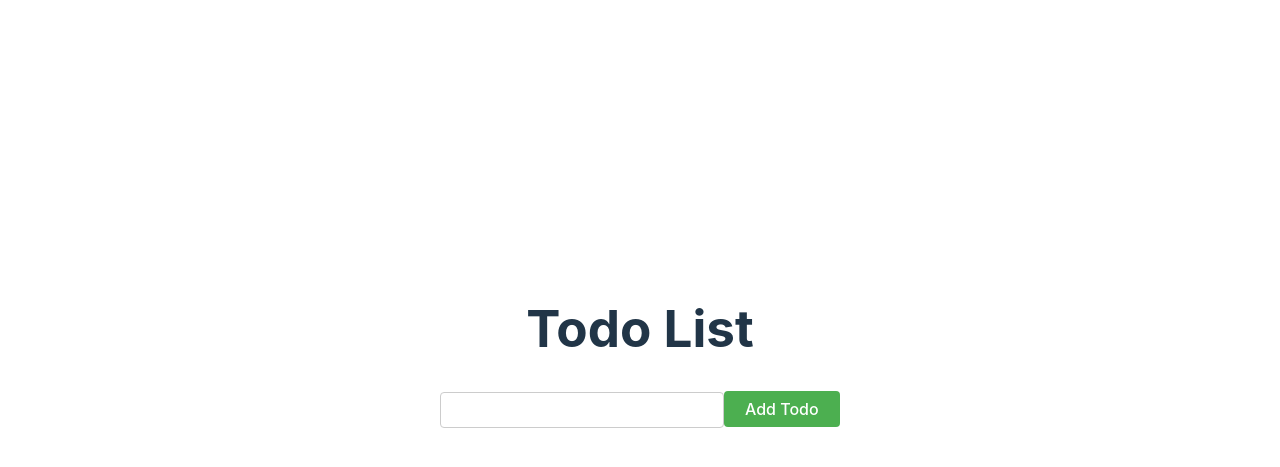
Repository: sinchana-p-iVoyant/mobx-todo
Page: /
The author's editor kept a copy of each file at every save. The page is drawn from the files as they stood at one save, then again after the next save.
The browser window is 1280 px wide. The pictures show the whole page.
The project was rebuilt for these pictures with package versions that can differ from the ones it lists, and the page was loaded fresh each time. Also part of the build but not shown: vite.config.js.

Above is the page before, as saved 2024-03-07 02:26:43.

### src/App.jsx
// App.js
import './App.css';
import TodoList from './TodoList';

function App() {
  return (
    <div>
      <h1>Todo List</h1>
      <TodoList />
    </div>
  );
}

export default App;

### src/TodoList.jsx
import { useState } from 'react';
import { observer } from 'mobx-react-lite';
import todoStore from './TodoStore';
import './TodoList.css';

const TodoList = () => {
  const [newTodoText, setNewTodoText] = useState('');
  const [editingTodoId, setEditingTodoId] = useState(null);
  const [editedTodoText, setEditedTodoText] = useState('');

  const handleAddTodo = () => {
    if (newTodoText.trim() !== '') {
      todoStore.addTodo({
        id: Math.random(),
        text: newTodoText,
      });
      setNewTodoText('');
    }
  };

  const handleStartEditTodo = (id, text) => {
    setEditingTodoId(id);
    setEditedTodoText(text);
  };

  const handleCancelEditTodo = () => {
    setEditingTodoId(null);
    setEditedTodoText('');
  };

  const handleSaveEditedTodo = (id) => {
    todoStore.editTodo(id, editedTodoText);
    setEditingTodoId(null);
    setEditedTodoText('');
  };

  const handleDeleteTodo = (id) => {
    todoStore.deleteTodo(id);
  };

  return (
    <div className="todo-list-container">
      <div className='input-container'>
        <input
            className="todo-input"
            type="text"
            value={newTodoText}
            onChange={(e) => setNewTodoText(e.target.value)}
        />
        <button className="todo-button" onClick={handleAddTodo}>Add Todo</button>
      </div>
      <ul className="todo-list">
        {todoStore.todos.map((todo) => (
          <li key={todo.id} className="todo-item">
            {editingTodoId === todo.id ? (
              <>
                <input
                  className="todo-input"
                  type="text"
                  value={editedTodoText}
                  onChange={(e) => setEditedTodoText(e.target.value)}
                />
                <button className="todo-button edit-button" onClick={() => handleSaveEditedTodo(todo.id)}>Save</button>
                <button className="todo-button cancel-button" onClick={handleCancelEditTodo}>Cancel</button>
              </>
            ) : (
              <>
                <span>{todo.text}</span>
                <button className="todo-button edit-button" onClick={() => handleStartEditTodo(todo.id, todo.text)}>Edit</button>
              </>
            )}
            <button className="todo-button delete-button" onClick={() => handleDeleteTodo(todo.id)}>Delete</button>
          </li>
        ))}
      </ul>
    </div>
  );
};

export default observer(TodoList);

### src/TodoStore.js
// TodoStore.js
import { makeObservable, observable, action } from 'mobx';

class TodoStore {
  todos = [];

  constructor() {
    makeObservable(this, {
      todos: observable,
      addTodo: action,
      editTodo: action,
      deleteTodo: action,
    });
  }

  addTodo = (todo) => {
    this.todos.push(todo);
  };

  editTodo = (id, newText) => {
    const todoToEdit = this.todos.find(todo => todo.id === id);
    if (todoToEdit) {
      todoToEdit.text = newText;
    }
  };

  deleteTodo = (id) => {
    this.todos = this.todos.filter(todo => todo.id !== id);
  };
}

const todoStore = new TodoStore();
export default todoStore;

### src/TodoList.css
/* TodoList.css */

.todo-list-container {
    width: 400px;
    margin: 0 auto;
  }

  .input-container {
    display: flex;
    flex-direction: row;
    align-items: baseline;
    justify-content: center;
  }

  .todo-input {
    width: 100%;
    margin-bottom: 10px;
    padding: 8px;
    font-size: 16px;
    border: 1px solid #ccc;
    border-radius: 4px;
  }

  .todo-button {
    width: 10rem;
    padding: 8px 15px;
    font-size: 16px;
    border: none;
    border-radius: 4px;
    background-color: #4caf50;
    color: white;
    cursor: pointer;
  }

  .todo-list {
    list-style-type: none;
    padding: 0;
    di
  }

  .todo-item {
    margin-bottom: 10px;
  }

  .todo-item input[type="text"] {
    width: 80%;
    padding: 8px;
    font-size: 16px;
    border: 1px solid #ccc;
    border-radius: 4px;
  }

  .todo-item button {
    margin-left: 5px;
    padding: 8px 15px;
    font-size: 16px;
    border: none;
    border-radius: 4px;
    cursor: pointer;
  }

  .edit-button {
    background-color: #2196F3;
    width: 5rem;
  }

  .edit-button:hover {
    background-color: #0b7dda;
  }

  .delete-button {
    background-color: #f44336;
    width: 5rem;
  }

  .delete-button:hover {
    background-color: #da190b;
  }

Loaded but not shown: index.html (common file); src/main.jsx (common file); src/index.css (common file); src/App.css (common file)

After the next save:
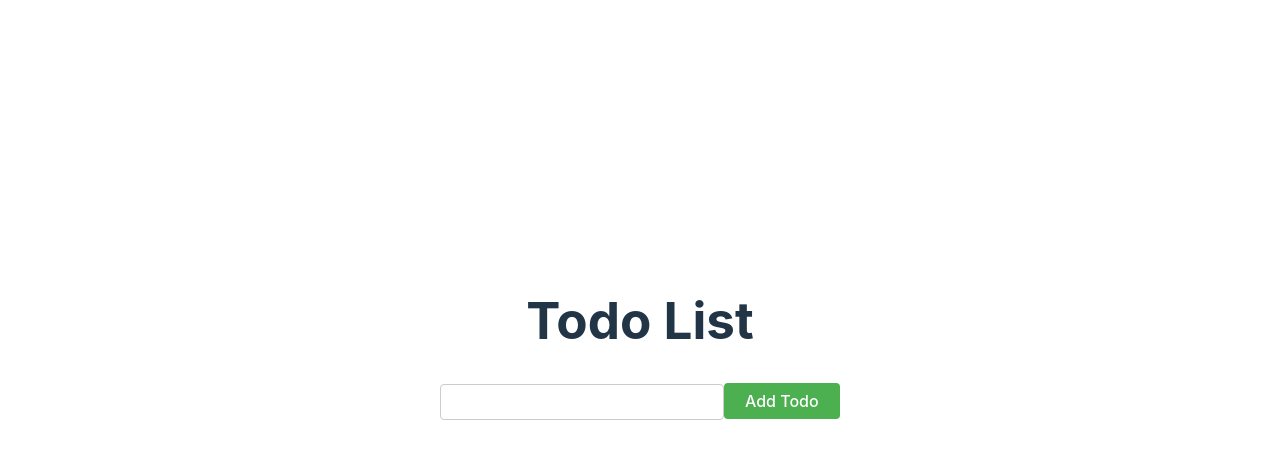
Saved 12 s later.
--- a/src/TodoList.css
+++ b/src/TodoList.css
@@ -35,7 +35,7 @@
   .todo-list {
     list-style-type: none;
     padding: 0;
-    di
+    display: flex;
   }
 
   .todo-item {
